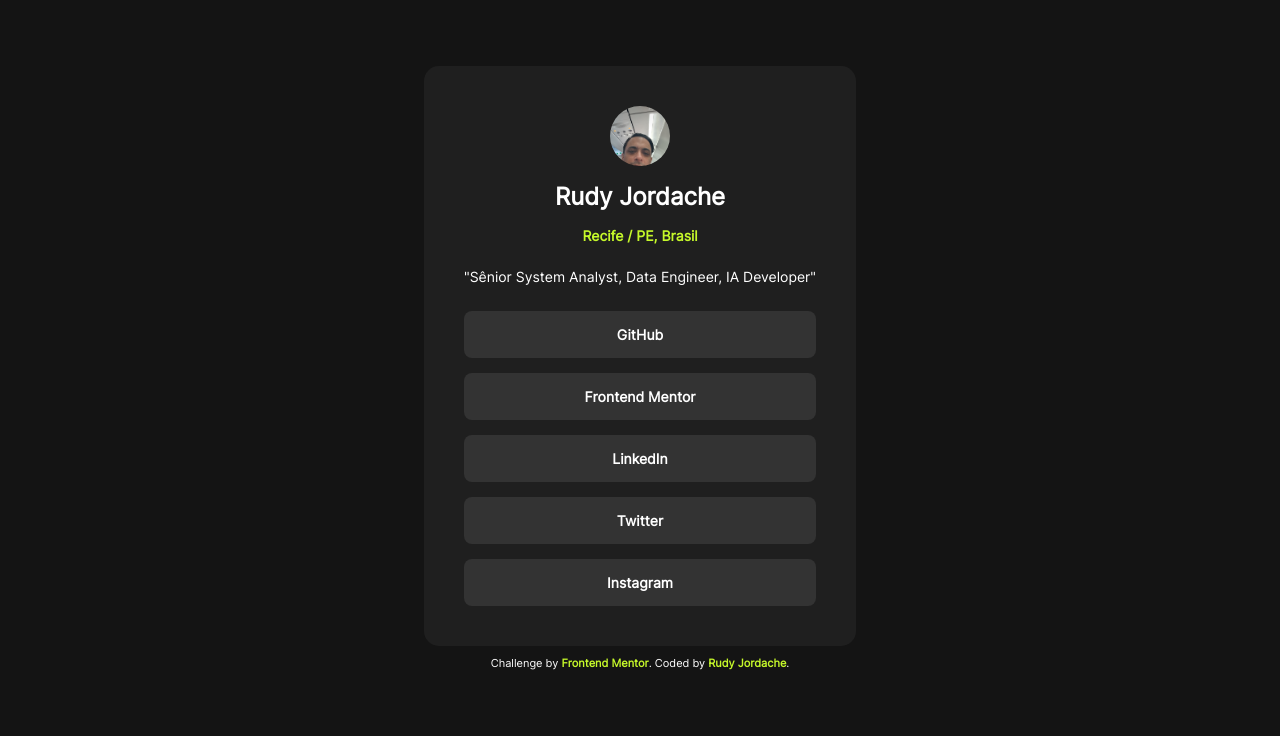
Repository: RudyJ/social-links-profile
Page: index.html
An editor plug-in stored every save of this project. The page is shown before and after the next save, followed by the edit.
The browser window is 1280 px wide. The pictures show the whole page.

Above is the page before, as saved 2024-04-02 20:28:06.

### index.html
<!DOCTYPE html>
<html lang="en">

  <head>
    <meta charset="UTF-8">
    <meta name="viewport" content="width=device-width, initial-scale=1.0">
    <!-- displays site properly based on user's device -->
    <link rel="icon" type="image/png" sizes="32x32" href="./assets/images/favicon-32x32.png">
    <title>Frontend Mentor | Social links profile</title>
    <link rel="stylesheet" href="./assets/css/style.css" />
  </head>

  <body>

    <div class="card">
      <div class="imagem">
        <img src="./assets/images/me.jpg" />
      </div>
      <h1>Rudy Jordache</h1>
      <h2>Recife / PE, Brasil</h2>
      <p>"Sênior System Analyst, Data Engineer, IA Developer"</p>
      <ul>
        <li>
          <a href="#">GitHub</a>
        </li>
        <li>
          <a href="#">Frontend Mentor</a>
        </li>
        <li>
          <a href="#">LinkedIn</a>
        </li>
        <li>
          <a href="#">Twitter</a>
        </li>
        <li>
          <a href="#">Instagram</a>
        </li>
      </ul>
    </div>

    <div class="attribution">
      Challenge by <a href="https://www.frontendmentor.io?ref=challenge" target="_blank">Frontend Mentor</a>.
      Coded by <a href="#">Rudy Jordache</a>.
    </div>
  </body>

</html>

### assets/css/style.css
@font-face {
    font-family: 'Inter';
    src: url('../fonts/static/Inter-Regular.ttf');
    font-weight: 400;
}


body {
    background-color: hsl(0, 0%, 8%);
    color: hsl(0, 0%, 100%);
    display: flex;
    flex-direction: column;
    align-items: center;
    justify-content: center;
    height: 100vh;
    overflow: hidden;
    font-family: 'Inter';
    font-weight: 400;
    font-size: 14px;
}


body .card {
    background-color: hsl(0, 0%, 12%);
    padding:  40px 40px 25px 40px;
    box-sizing: border-box;
    border-radius: 15px;
    text-align: center;
}

body .card .imagem {
    width: 60px;
    height: 60px;
    border-radius: 50%;
    overflow: hidden;
    display: block;
    margin: auto;
}

body .card .imagem img {
    width: 100%;
    display: block;
}


body .card h1 {
    font-size: 24px;
    font-weight: 700;
}
body .card h2 {
    color: hsl(75, 94%, 57%);
    font-size: 14px;
    margin-bottom: 24px;
    font-weight: 600;
}
body .card p {
    font-size: 14px;
    margin-bottom: 26px;
}

body .card ul {
    list-style: none;
    padding-left: 0;
}

body .card ul li {
    margin-bottom: 15px;
}

body .card ul li a {
    background-color: hsl(0, 0%, 20%);
    color: hsl(0, 0%, 100%);
    text-decoration: none;
    display: block;
    padding: 15px;
    border-radius: 8px;
    font-weight: 700;
}
body .card ul li a:hover {
    background-color: hsl(75, 94%, 57%);
    color: hsl(0, 0%, 12%);
}

.attribution {
    font-size: 11px;
    text-align: center;
    margin-top: 10px;
}

.attribution a {
    color: hsl(75, 94%, 57%);
    font-weight: 600;
    text-decoration: none;
}

After the next save:
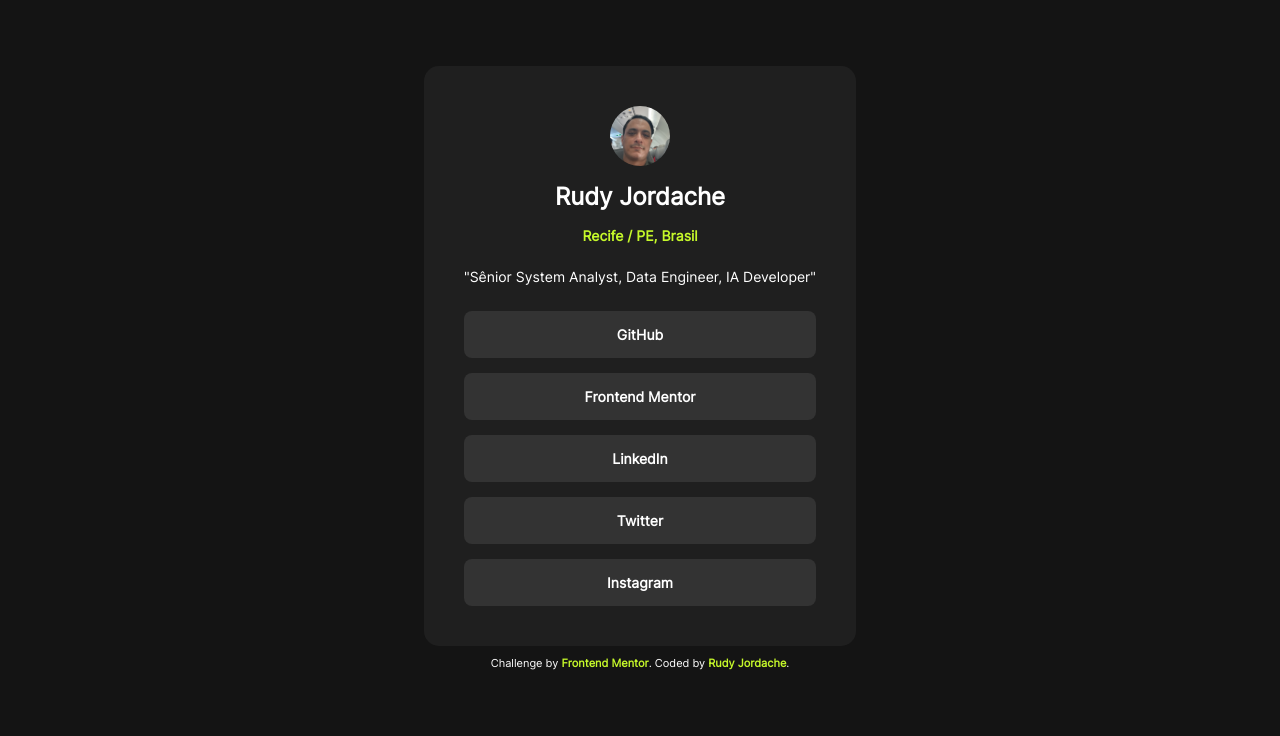
Saved 96 s later.
--- a/index.html
+++ b/index.html
@@ -14,7 +14,7 @@
 
     <div class="card">
       <div class="imagem">
-        <img src="./assets/images/me.jpg" />
+        <img src="./assets/images/me.png" />
       </div>
       <h1>Rudy Jordache</h1>
       <h2>Recife / PE, Brasil</h2>
